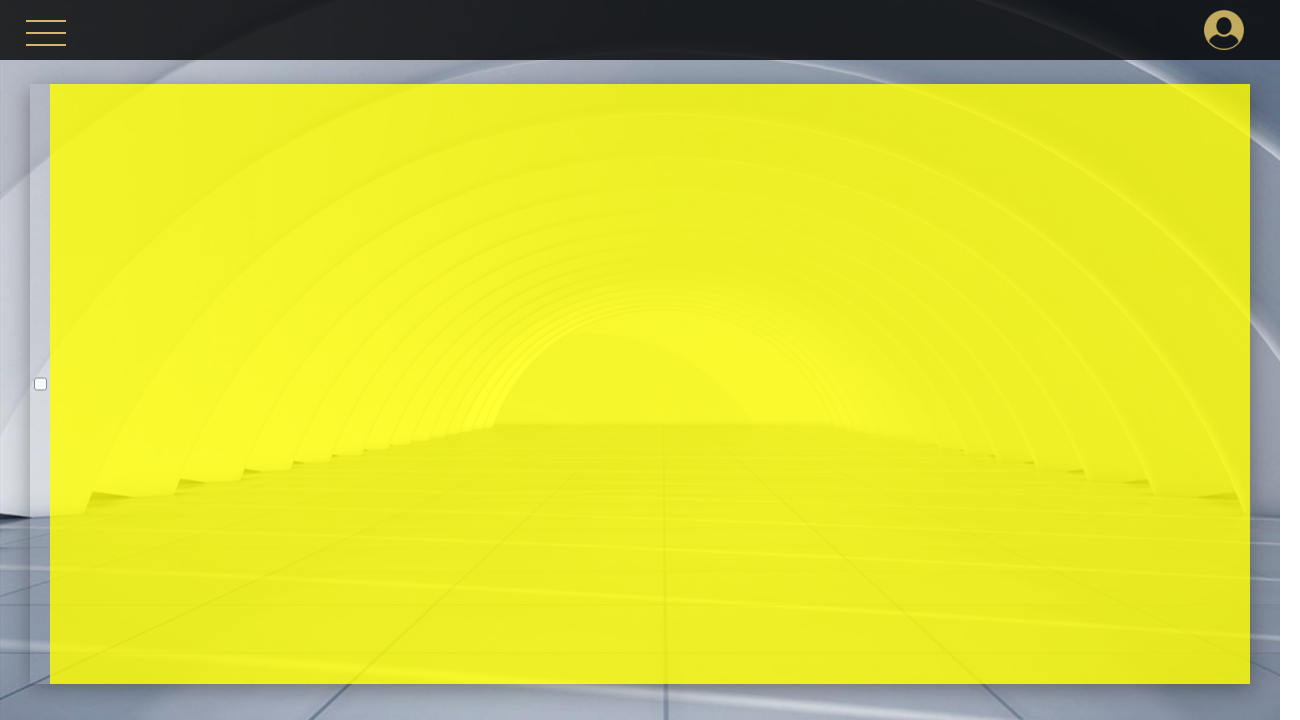
Repository: ustc-hzy/ziYang
Page: login.html
These files come from the project's save history. The page is drawn as it stood at one moment and after the next save; the edit follows.
The browser window is 1280 px wide. The page is 1280 px wide, then 1300 px, so the pictures cover 1300 px, including what lies to the right of the window. The pictures show the whole page.

Above is the page before, as saved 2020-06-19 12:17:26.

After the next save:
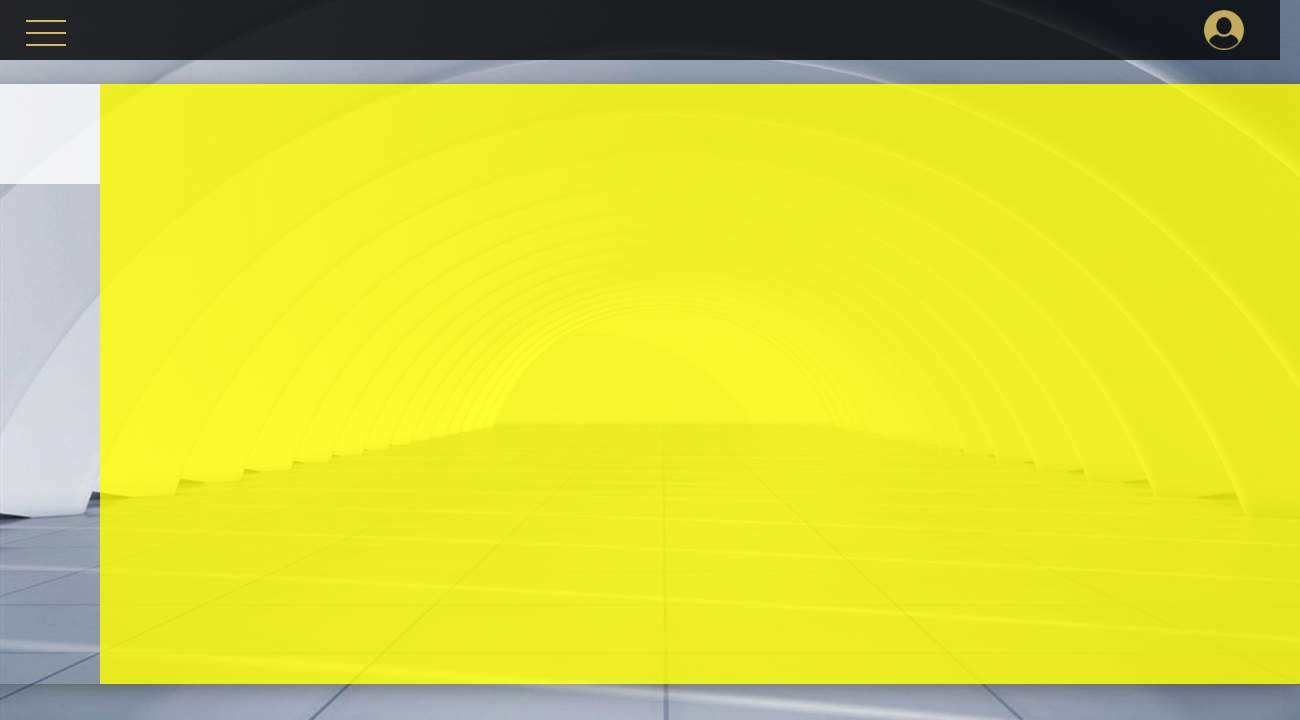
Saved 10 s later.
--- a/css/login.css
+++ b/css/login.css
@@ -58,3 +58,11 @@ body {
     background-color: #fff;
     position: relative;
 }
+.box{
+    width: 100px;
+    height: 100px;
+    background-color: #fff;
+}
+#tog:checked + .box{
+    background-color: #000000;
+}
